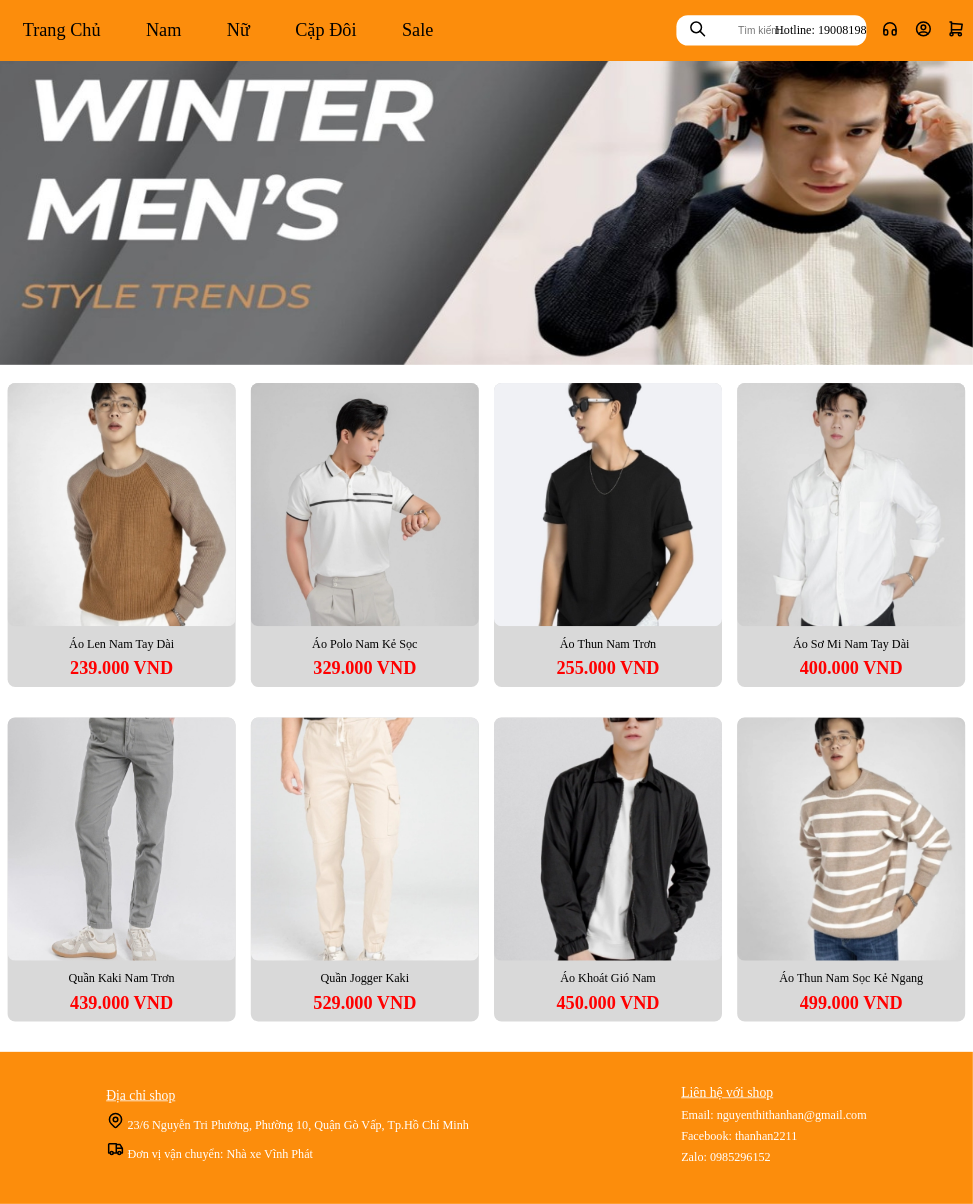
Repository: manhhieu120499/Project_ShopQuanAo
Page: html/nam.html
An editor plug-in stored every save of this project. The page is shown before and after the next save, followed by the edit.
The browser window is 1280 px wide. The pictures show the whole page, at 76% of full size.

Above is the page before, as saved 2023-03-05 23:40:36.

After the next save:
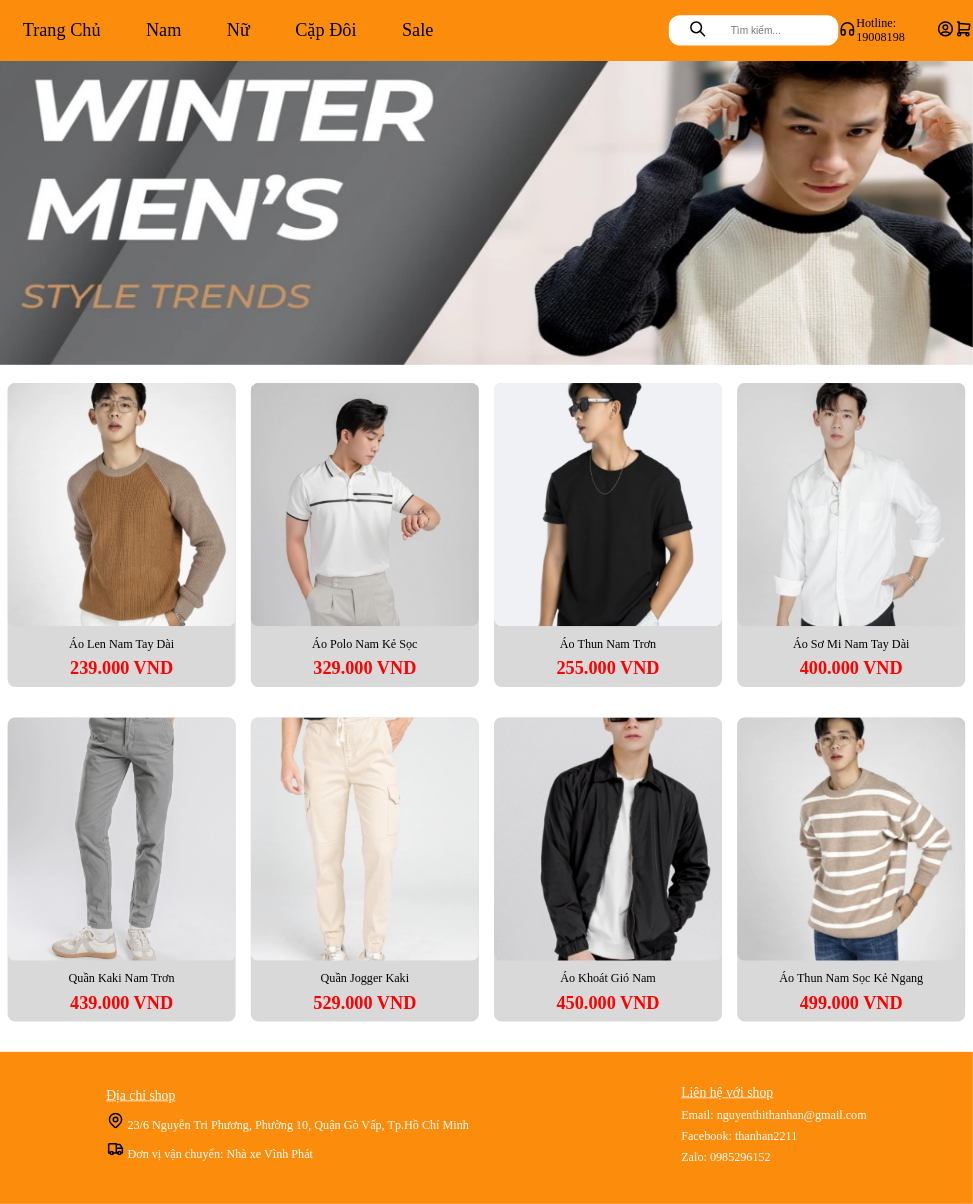
Saved 32 s later.
--- a/css/style_nam.css
+++ b/css/style_nam.css
@@ -153,7 +153,7 @@
 }
 
 
-
+.he
 
 
 .phone_number {

After the save that followed:
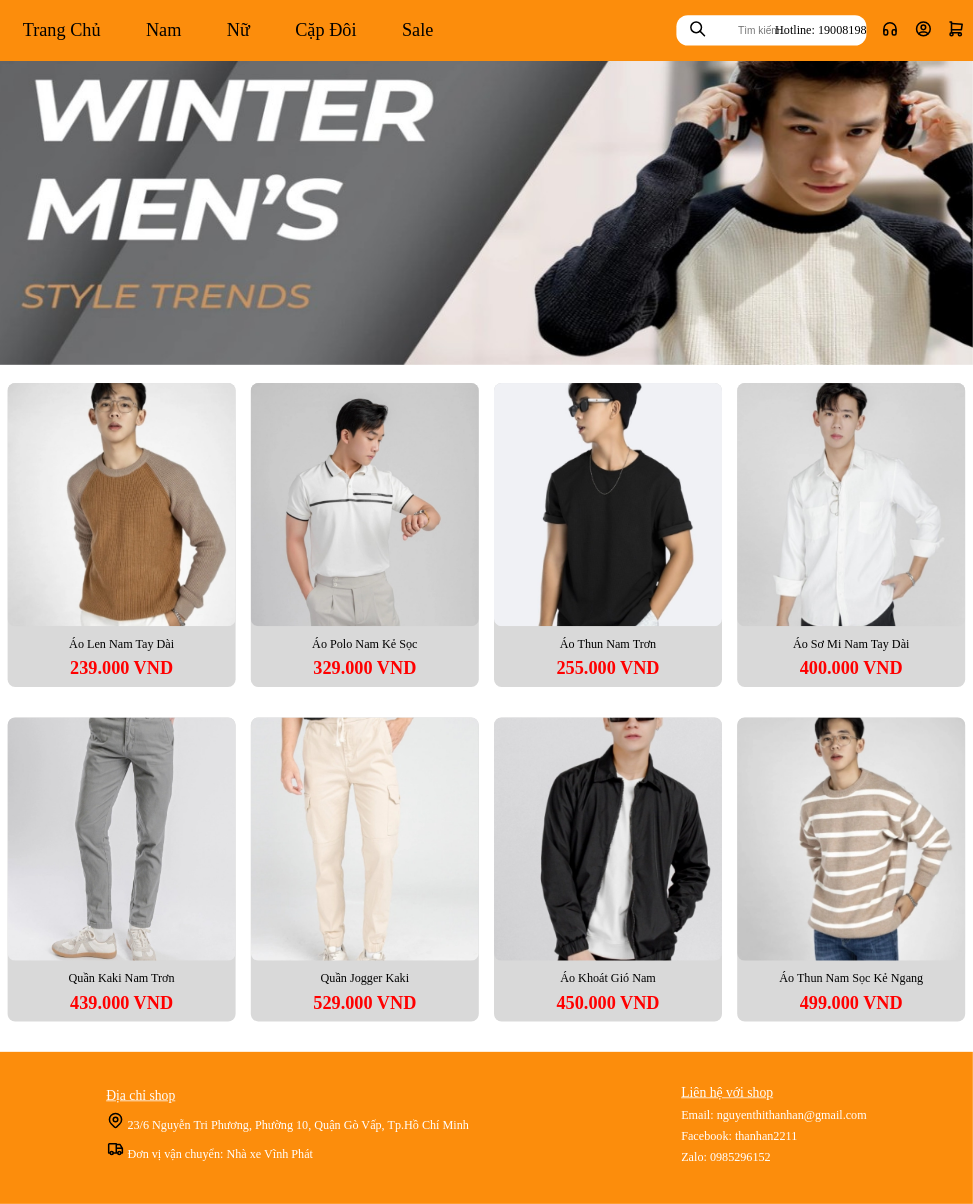
Saved 6 s later.
--- a/css/style_nam.css
+++ b/css/style_nam.css
@@ -153,7 +153,9 @@
 }
 
 
-.he
+.headphone {
+    position: relative;
+}
 
 
 .phone_number {
